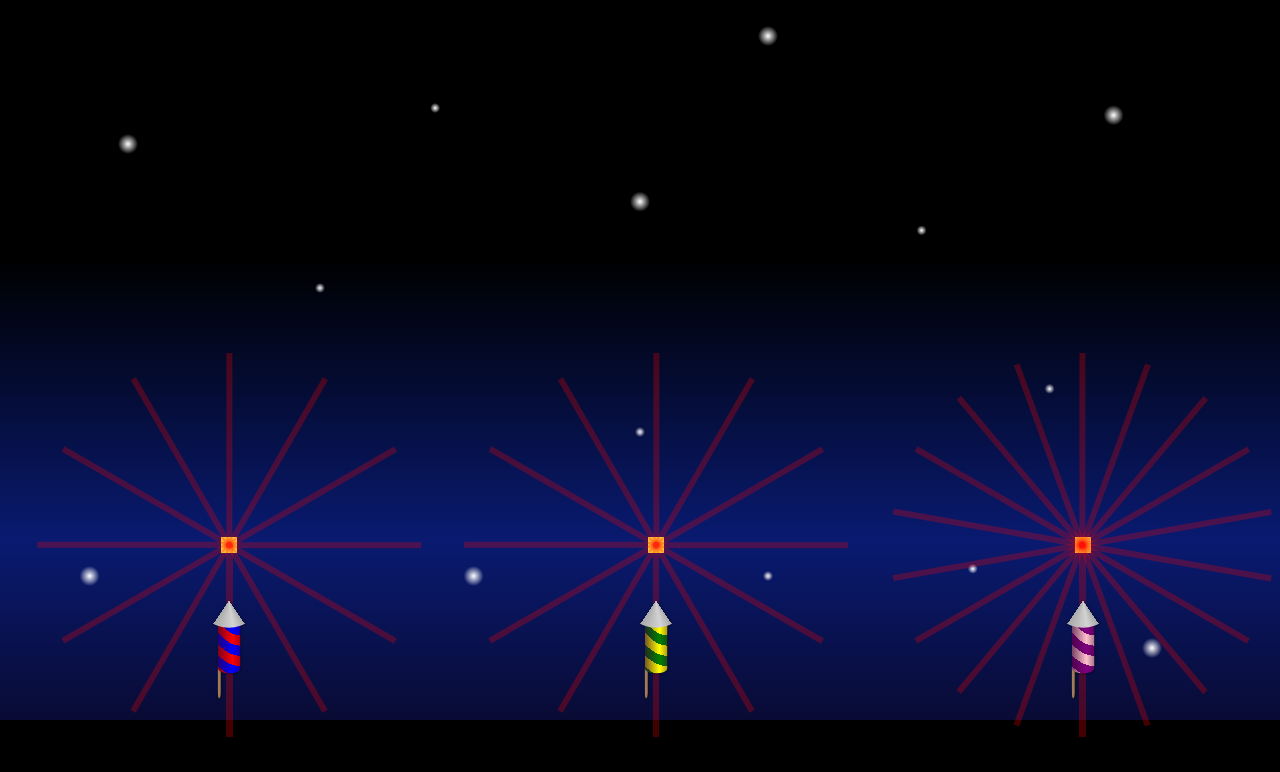
Repository: juliandecloe/CSS-To-The-Rescue---Julian-de-Cloe
Page: index.html
The author's editor kept a copy of each file at every save. The page is drawn from the files as they stood at one save, then again after the next save.
The browser window is 1280 px wide. The pictures show the whole page.

Above is the page before, as saved 2022-03-10 16:36:52.

### index.html
<!DOCTYPE html>
<html lang="en">
	<head>
		<meta charset="UTF-8">
		<meta name="viewport" content="width=device-width, initial-scale=1.0">
		<title>The Anticlimax Fireworkshow!</title>
		<link rel="stylesheet" href="style.css">
	</head>
	<body>
		<input id="left" type="checkbox">
		<input id="middle" type="checkbox">
		<input id="right" type="checkbox">
		<main>
			<section>
				<label for="left">
					<figure></figure>
					<figure></figure>
					<figure></figure>
				</label>
				<ul>
					<li>
						<ul>
							<li></li>
							<li></li>
							<li></li>
							<li></li>
							<li></li>
						</ul>
					</li>
					<li>
						<ul>
							<li></li>
							<li></li>
							<li></li>
							<li></li>
							<li></li>
						</ul>
					</li>
					<li>
						<ul>
							<li></li>
							<li></li>
							<li></li>
							<li></li>
							<li></li>
						</ul>
					</li>
					<li>
						<ul>
							<li></li>
							<li></li>
							<li></li>
							<li></li>
							<li></li>
						</ul>
					</li>
					<li>
						<ul>
							<li></li>
							<li></li>
							<li></li>
							<li></li>
							<li></li>
						</ul>
					</li>
					<li>
						<ul>
							<li></li>
							<li></li>
							<li></li>
							<li></li>
							<li></li>
						</ul>
					</li>
					<li>
						<ul>
							<li></li>
							<li></li>
							<li></li>
							<li></li>
							<li></li>
						</ul>
					</li>
					<li>
						<ul>
							<li></li>
							<li></li>
							<li></li>
							<li></li>
							<li></li>
						</ul>
					</li>
					<li>
						<ul>
							<li></li>
							<li></li>
							<li></li>
							<li></li>
							<li></li>
						</ul>
					</li>
					<li>
						<ul>
							<li></li>
							<li></li>
							<li></li>
							<li></li>
							<li></li>
						</ul>
					</li>
					<li>
						<ul>
							<li></li>
							<li></li>
							<li></li>
							<li></li>
							<li></li>
						</ul>
					</li>
					<li>
						<ul>
							<li></li>
							<li></li>
							<li></li>
							<li></li>
							<li></li>
						</ul>
					</li>
				</ul>
			</section>
			<section>
				<label for="middle">
					<figure></figure>
					<figure></figure>
					<figure></figure>
				</label>
				<ul>
					<li>
						<ul>
							<li></li>
							<li></li>
							<li></li>
							<li></li>
							<li></li>
						</ul>
					</li>
					<li>
						<ul>
							<li></li>
							<li></li>
							<li></li>
							<li></li>
							<li></li>
						</ul>
					</li>
					<li>
						<ul>
							<li></li>
							<li></li>
							<li></li>
							<li></li>
							<li></li>
						</ul>
					</li>
					<li>
						<ul>
							<li></li>
							<li></li>
							<li></li>
							<li></li>
							<li></li>
						</ul>
					</li>
					<li>
						<ul>
							<li></li>
							<li></li>
							<li></li>
							<li></li>
							<li></li>
						</ul>
					</li>
					<li>
						<ul>
							<li></li>
							<li></li>
							<li></li>
							<li></li>
							<li></li>
						</ul>
					</li>
					<li>
						<ul>
							<li></li>
							<li></li>
							<li></li>
							<li></li>
							<li></li>
						</ul>
					</li>
					<li>
						<ul>
							<li></li>
							<li></li>
							<li></li>
							<li></li>
							<li></li>
						</ul>
					</li>
					<li>
						<ul>
							<li></li>
							<li></li>
							<li></li>
							<li></li>
							<li></li>
						</ul>
					</li>
					<li>
						<ul>
							<li></li>
							<li></li>
							<li></li>
							<li></li>
							<li></li>
						</ul>
					</li>
					<li>
						<ul>
							<li></li>
							<li></li>
							<li></li>
							<li></li>
							<li></li>
						</ul>
					</li>
					<li>
						<ul>
							<li></li>
							<li></li>
							<li></li>
							<li></li>
							<li></li>
						</ul>
					</li>
				</ul>
			</section>
			<section>
				<label for="right">
					<figure></figure>
					<figure></figure>
					<figure></figure>
				</label>
				<ul>
					<li></li>
					<li></li>
					<li></li>
					<li></li>
					<li></li>
					<li></li>
					<li></li>
					<li></li>
					<li></li>
					<li></li>
					<li></li>
					<li></li>
					<li></li>
					<li></li>
					<li></li>
					<li></li>
					<li></li>
					<li></li>
				</ul>
			</section>
		</main>
	</body>
</html>

### style.css
/*========== GENERAL ==========*/

:root * {
	--hoekVar: calc(360deg / 12);
	--rotate: rotate(calc( var(--hoekVar) * var(--index) ));
	--hoekVar2: calc(360deg / 5);
	--rotate2: rotate(calc( var(--hoekVar2) * var(--index2) ));
	--hoekVar3: calc(360deg / 18);
	--rotate3: rotate(calc( var(--hoekVar3) * var(--index3) ));
	--star1: 5px;
	--star2: 3px;
}

@property --star1 {
	syntax: '<length>';
	inherits: false;
	initial-value: 0px;
}

@property --star2 {
	syntax: '<length>';
	inherits: false;
	initial-value: 0px;
}

* {
	padding: 0;
	margin: 0;
}

body, html {
	overflow: hidden;
}

html {
	background: linear-gradient(0deg, rgba(9,11,52,1) 0%, rgba(9,26,112,1) 25%, rgba(0,0,0,1) 64%, rgba(0,0,0,1) 100%);
}

@keyframes stars {
	0% {
		--star1: 5px;
	}
	100% {
		--star1: 10px;
	}
}

@keyframes stars2 {
	0% {
		--star2: 3px;
	}
	100% {
		--star2: 6px;
	}
}

body {
	background-position: center;
	background-image:
	radial-gradient(
		circle at
			10%
			20%,
		white,
		transparent var(--star1)
	),
	radial-gradient(
		circle at
			34%
			15%,
		white,
		transparent var(--star2)
	),
	radial-gradient(
		circle at
			50%
			60%,
		white,
		transparent var(--star2)
	),
	radial-gradient(
		circle at
			60%
			80%,
		white,
		transparent var(--star2)
	),
	radial-gradient(
		circle at
			25%
			40%,
		white,
		transparent var(--star2)
	),
	radial-gradient(
		circle at
			7%
			80%,
		white,
		transparent var(--star1)
	),
	radial-gradient(
		circle at
			87%
			16%,
		white,
		transparent var(--star1)
	),
	radial-gradient(
		circle at
			76%
			79%,
		white,
		transparent var(--star2)
	),
	radial-gradient(
		circle at
			90%
			90%,
		white,
		transparent var(--star1)
	),
	radial-gradient(
		circle at
			60%
			5%,
		white,
		transparent var(--star1)
	),
	radial-gradient(
		circle at
			72%
			32%,
		white,
		transparent var(--star2)
	),
	radial-gradient(
		circle at
			50%
			28%,
		white,
		transparent var(--star1)
	),
	radial-gradient(
		circle at
			37%
			80%,
		white,
		transparent var(--star1)
	),
	radial-gradient(
		circle at
			82%
			54%,
		white,
		transparent var(--star2)
	);
	animation:
	stars 1s linear alternate infinite,
	stars2 1.5s linear alternate infinite;
}

@media (prefers-reduced-motion) {
	body {
		animation-name: dissolve;
	}
}

main {
	display: flex;
	justify-content: center;
	align-items: end;
	width: 100vw;
	height: 100vh;
	padding-left: 1rem;
}

@media (max-width: 630px) {
	main {
		transform: scale(.5) translateY(50vh);
	}
}

section {
	display: grid;
	place-items: center;
	transition: 1s ease-out;
	width: 50vw;
}

@media (max-width: 630px) {
	section {
		width: 80vw;
	}
}

input {
	display: none;
}


/*========== FIRE ROCKET ==========*/

/*===== GENERAL =====*/

label {
	transform: scale(.3) translateY(50vh);
	z-index: 5;
	height: 350px;
	width: 120px;
	filter: drop-shadow(2px 2px 4px rgb(0,0,0,0.5));
	transition: 1s;
	cursor: pointer;
	animation: 1s
}

@media (max-width: 630px) {
	label {
		transform: scale(.5);
	}
}

section label > figure:first-child {
	border-radius: 50%;
	position: absolute;
	left: calc(50% - 55px);
	width: 110px;
	height: 130px;
	z-index: 3;
	clip-path: ellipse(90% 70% at center top);
	background-image:
		conic-gradient(
		at center top,
		transparent 146deg,
		darkgray 146deg,
		lightgray 170deg,
		darkgray 214deg,
		transparent 214deg
	);
}

section label figure:nth-child(2) {
	position: absolute;
	top: 83px;
	left: calc(50% - 37.5px);
	width: 75px;
	height: 160px;
	z-index: 2;
	background-size: 100% 100%, 600% 600%;
	background-position:left top, 40% -30%;
	border-radius: 0 0 50% 50% / 0 0 1em 1em;
}

section label > figure:nth-child(3) {
	position: absolute;
	background: #BA8C63;
	top: 220px;
	left: calc(50% - 37.5px);
	width: 10px;
	height: 110px;
	z-index: 1;
	box-shadow: inset -2px 0 8px rgb(0,0,0,0.5);
	clip-path: ellipse(10px 95px at 50% 10%);
}


/*===== COLOR ARROWS =====*/

section:first-child label figure:nth-child(2) {
	background-image:
		linear-gradient(
			to right,
			#303a 0%,
			transparent 65%,
			#3036 100%
		),
		repeating-radial-gradient(
			red 0 1em,
			blue 1em 2em
	);
}

section:nth-child(2) label figure:nth-child(2) {
	background-image:
		linear-gradient(
			to right,
			#303a 0%,
			transparent 65%,
			#3036 100%
		),
		repeating-radial-gradient(
			green 0 1em,
			yellow 1em 2em
		);
}

section:last-child label figure:nth-child(2) {
	background-image:
		linear-gradient(
			to right,
			#303a 0%,
			transparent 65%,
			#3036 100%
		),
		repeating-radial-gradient(
			pink 0 1em,
			purple 1em 2em
		);
}


/*========== FIRE WORK ==========*/

/*===== LAYER 1 =====*/

section > ul {
	list-style-type: none;
	position: absolute;
	width: 1rem;
	height: 1rem;
	display: grid;
	place-items: center;
	background-color: #ff4;
}

section > ul > li {
	position: absolute;
	top: 50%;
	width: 40%;
	height: 1200%;
	transform-origin: center top;
	transform: var(--rotate);
	transition: .3s ease-out;
	transition-delay: 1s;
	display: flex;
	background-color: #f004;
}

section:last-child li {
	position: absolute;
	top: 50%;
	width: 40%;
	height: 1200%;
	transform-origin: center top;
	transform: var(--rotate3);
	transition: .3s ease-out;
	transition-delay: 1s;
	display: flex;
	background-color: #f004;
}

section > ul > li::after {
	content: "";
	display: block;
	width: 100%;
	height: 50%;
	transition: .2s ease-out;
	transform-origin: center top;
	transform: scaleY(0);
	position: absolute;
}

/* Color */

section:first-child > ul > li::after {
	background-color: blue;
}

section:nth-child(2) > ul > li::after {
	background-color: green;
}

section:last-child > ul li::after {
	background-color: pink;
}


/*===== LAYER 2 =====*/

section > ul > li ul {
	list-style-type: none;
	position: relative;
	width: .5em;
	aspect-ratio: 1/1;
	align-self: end;
	display: grid;
	place-items: center;
	/* background-color: #f088; */
}

section:first-child > ul > li li {
	position: absolute;
	top: 50%;
	width: 25%;
	aspect-ratio: 1/8;
	background-color: #f00;
	transform-origin: center top;
	transform: var(--rotate2) scaleY(0);
	transition: .3s ease-out;
	transition-delay: 1.8s;
}

section:nth-child(2) > ul > li li {
	position: absolute;
	width: 30%;
	height: 1200%;
	background-color: yellow;
	transform-origin: center;
	transform: var(--rotate2) scaleY(1);
	transition: .5s ease-out;
	transition-delay: 1.5s;
	visibility: hidden;
}


/*========== INTERACTION ==========*/

/*===== GENERAL =====*/

section > ul > li:nth-of-type(1) { --index:1; }
section > ul > li:nth-of-type(2) { --index:2; }
section > ul > li:nth-of-type(3) { --index:3; }
section > ul > li:nth-of-type(4) { --index:4; }
section > ul > li:nth-of-type(5) { --index:5; }
section > ul > li:nth-of-type(6) { --index:6; }
section > ul > li:nth-of-type(7) { --index:7; }
section > ul > li:nth-of-type(8) { --index:8; }
section > ul > li:nth-of-type(9) { --index:9; }
section > ul > li:nth-of-type(10) { --index:10; }
section > ul > li:nth-of-type(11) { --index:11; }
section > ul > li:nth-of-type(12) { --index:12; }

ul > li li:nth-of-type(1) { --index2:1; }
ul > li li:nth-of-type(2) { --index2:2; }
ul > li li:nth-of-type(3) { --index2:3; }
ul > li li:nth-of-type(4) { --index2:4; }
ul > li li:nth-of-type(5) { --index2:5; }

section:last-child li:nth-of-type(1) { --index3:1; }
section:last-child li:nth-of-type(2) { --index3:2; }
section:last-child li:nth-of-type(3) { --index3:3; }
section:last-child li:nth-of-type(4) { --index3:4; }
section:last-child li:nth-of-type(5) { --index3:5; }
section:last-child li:nth-of-type(6) { --index3:6; }
section:last-child li:nth-of-type(7) { --index3:7; }
section:last-child li:nth-of-type(8) { --index3:8; }
section:last-child li:nth-of-type(9) { --index3:9; }
section:last-child li:nth-of-type(10) { --index3:10; }
section:last-child li:nth-of-type(11) { --index3:11; }
section:last-child li:nth-of-type(12) { --index3:12; }
section:last-child li:nth-of-type(13) { --index3:13; }
section:last-child li:nth-of-type(14) { --index3:14; }
section:last-child li:nth-of-type(15) { --index3:15; }
section:last-child li:nth-of-type(16) { --index3:16; }
section:last-child li:nth-of-type(17) { --index3:17; }
section:last-child li:nth-of-type(18) { --index3:18; }

/* Rocket */

input:first-child[type="checkbox"]:checked ~ main section:first-child, input:nth-child(2)[type="checkbox"]:checked ~ main section:nth-child(2) {
	transform: translateY(-50vh);
	background: none;
}

@media (max-width: 630px) {
	input:first-child[type="checkbox"]:checked ~ main section:first-child, input:nth-child(2)[type="checkbox"]:checked ~ main section:nth-child(2) {
		transform: translateY(-90vh);
	}
}

input:first-child[type="checkbox"]:checked ~ main section:first-child label, input:nth-child(2)[type="checkbox"]:checked ~ main section:nth-child(2) label {
	transform: scale(.5, .3);
	animation: explode 1s 1s ease-in forwards;
}

/* Explode 1 */

input:first-child[type="checkbox"]:checked ~ main section:first-child > ul > li, input:nth-child(2)[type="checkbox"]:checked ~ main section:nth-child(2) > ul > li {
	transform: var(--rotate) translateY(2em);
}

input:first-child[type="checkbox"]:checked ~ main section:first-child > ul > li::after, input:nth-child(2)[type="checkbox"]:checked ~ main section:nth-child(2) > ul > li::after {
	animation: after .3s 1s ease-out forwards;
}


/*===== ARROW 1 =====*/

input:first-child[type="checkbox"]:checked ~ main section:first-child > ul > li li {
	animation: lili .3s 1.5s ease-out forwards;
}


/*===== ARROW 2 =====*/

input:nth-child(2)[type="checkbox"]:checked ~ main section:nth-child(2) > ul > li li {
	visibility: visible;
	transform: var(--turn) scaleY(6) translateY(2em);
	opacity: 0;
}

/*===== ARROW 3 =====*/

input:nth-child(3)[type="checkbox"]:checked ~ main section:last-child {

}

input:nth-child(3)[type="checkbox"]:checked ~ main section:last-child li::after {
	animation: huge .8s 1s ease-out forwards;
}

/*========== ANIMATIONS ==========*/

@keyframes huge {
	0% {
		transform: scaleY(0);
	}
	99% {
		transform: translateY(200%) scaleY(0);
		opacity: 0;
	}
	100% {
		transform: translateY(0) scaleY(0);
		opacity: 1;
	}
}

@keyframes explode {
	0% {
		visibility: hidden;
	}
	99% {
		visibility: hidden;
	}
	100% {
		transform: translateY(65vh) scale(.3);
		visibility: visible;
	}
}

@keyframes after {
	0% {
		transform: scaleY(0);
	}
	33% {
		transform: scaleY(1) ;
	}
	67% {
		transform: translateY(100%) scaleY(1) ;
	}
	99% {
		transform: translateY(200%) scaleY(0) ;
	}
	100% {
		transform: translateY(0) scaleY(0) ;
	}
}

@keyframes lili {
	0% {
		transform: var(--rotate2) translateY(0) scaleY(0);
	}
	50% {
		transform: var(--rotate2) translateY(0) scaleY(3);
	}
	99% {
		transform: var(--rotate2) translateY(400%) scaleY(0);
	}
	100% {
		transform: var(--rotate2) translateY(0) scaleY(0);
	}
}

After the next save:
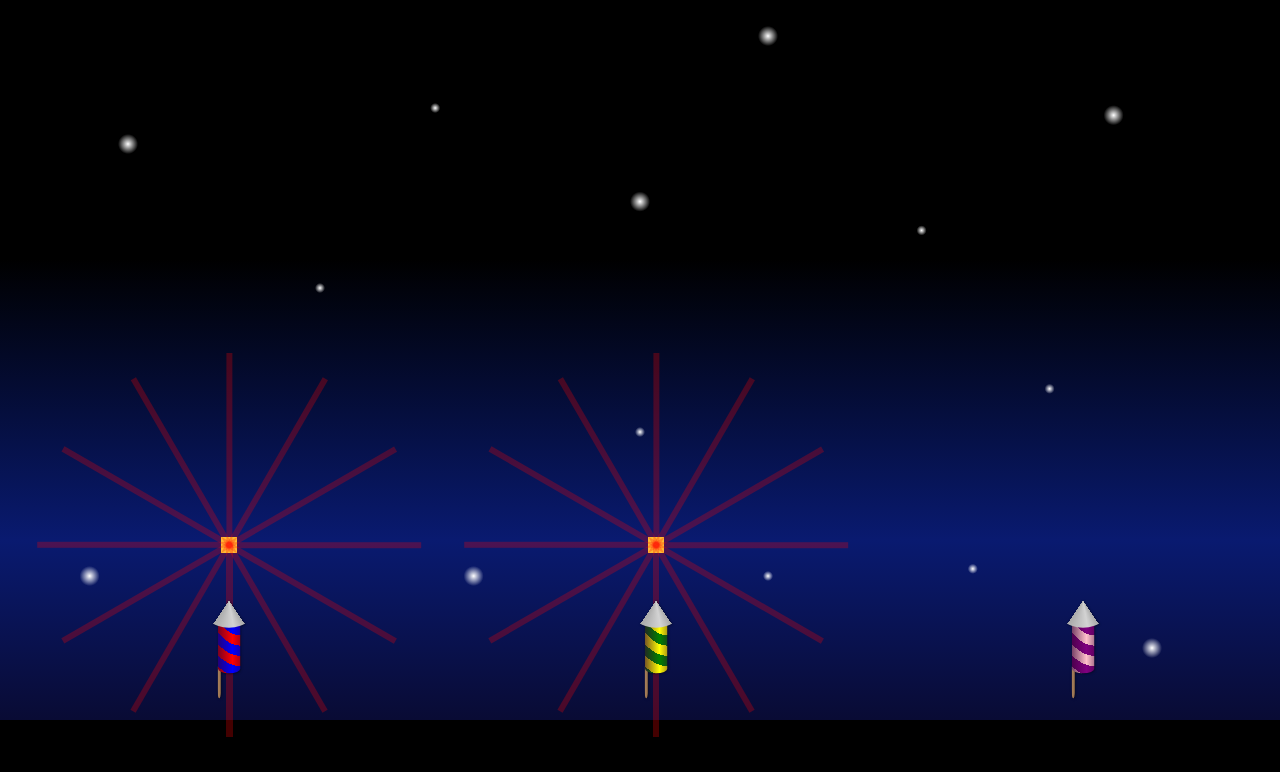
Saved 34 s later.
--- a/index.html
+++ b/index.html
@@ -251,26 +251,7 @@
 					<figure></figure>
 					<figure></figure>
 				</label>
-				<ul>
-					<li></li>
-					<li></li>
-					<li></li>
-					<li></li>
-					<li></li>
-					<li></li>
-					<li></li>
-					<li></li>
-					<li></li>
-					<li></li>
-					<li></li>
-					<li></li>
-					<li></li>
-					<li></li>
-					<li></li>
-					<li></li>
-					<li></li>
-					<li></li>
-				</ul>
+				<article></article>
 			</section>
 		</main>
 	</body>
